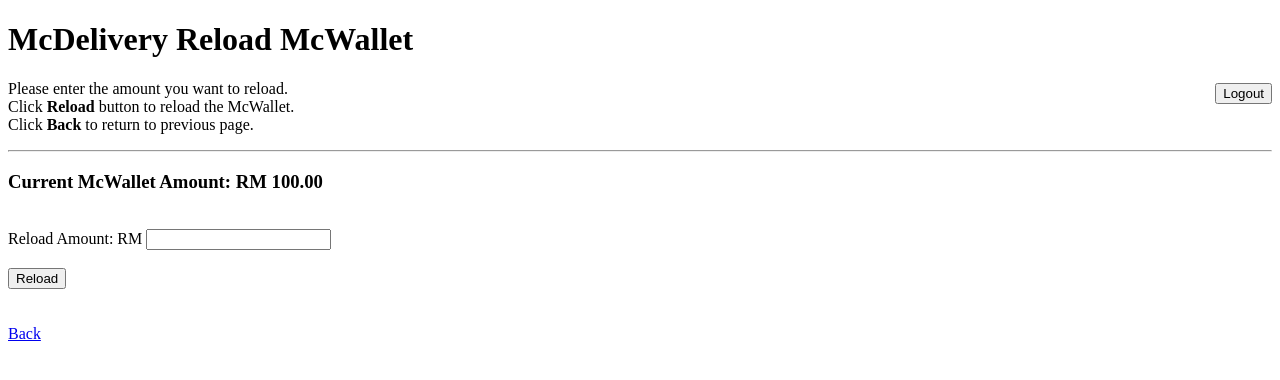
Repository: Jeck97/Mcdonald-Delivery-System
Page: http://localhost/McDelivery/reloadMcWallet/reloadMcWalletForm.jsp
The author's editor kept a copy of each file at every save. The page is drawn from the files as they stood at one save, then again after the next save.
The browser window is 1280 px wide. The pictures show the whole page.
The page is served by Tomcat 9.

Above is the page before, as saved 2020-07-12 17:35:29.

After the next save:
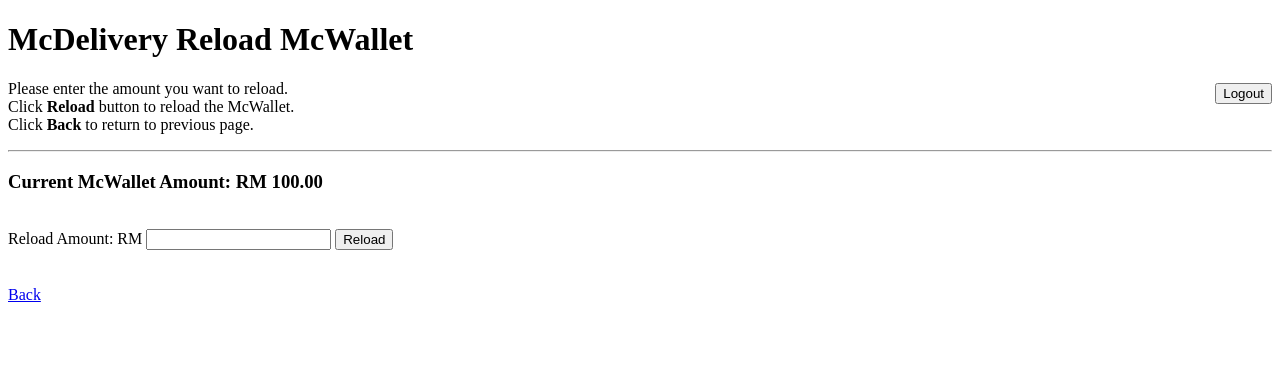
Saved 28 s later.
--- a/McDelivery/WebContent/reloadMcWallet/reloadMcWalletForm.jsp
+++ b/McDelivery/WebContent/reloadMcWallet/reloadMcWalletForm.jsp
@@ -42,8 +42,7 @@
 	<form action="reloadMcWalletServlet" method="post">
 
 		<label for="amount">Reload Amount: RM</label>
-		<input type="number" id="amount" name="amount" step="0.01" min="10" title="Minimum reload amount is RM 10.00" required><br><br>
-
+		<input type="number" id="amount" name="amount" step="0.01" min="10" title="Minimum reload amount is RM 10.00" required>
 		<input type="submit" value="Reload">
 
 	</form>
